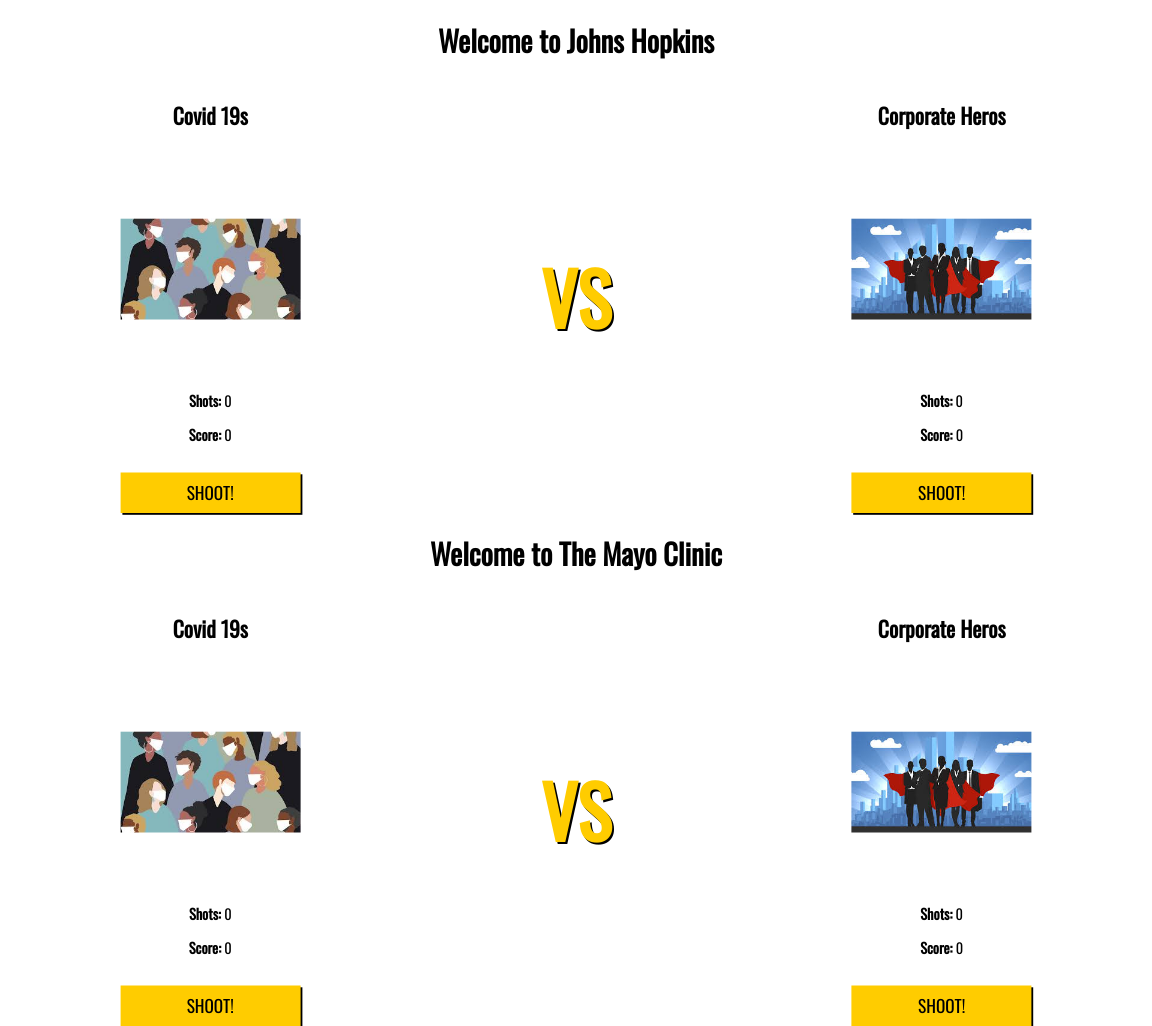
Repository: marcusmerrick/reactSportsGame
Page: index.html
An editor plug-in stored every save of this project. The page is shown before and after a run of saves, followed by the edit.
The browser window is 1280 px wide. The pictures show the whole page, at 90% of full size.
Some web fonts or font styles are not loaded; a fallback is used. Some web libraries are served in a nearby version.

Above is the page before, as saved 2020-07-31 00:18:08.

After the next 2 saves:
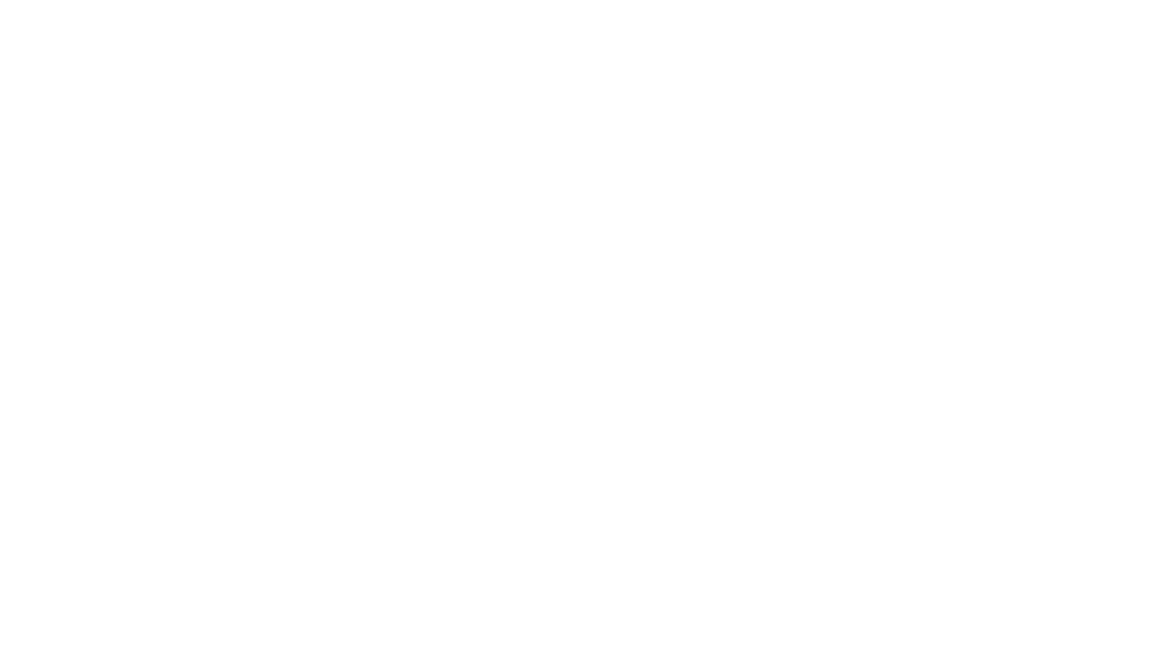
Console error (its wording comes from the project's code and is left out).
The 2 saves are shown as one change because they came seconds apart.
The last was saved 7 s later.
--- a/main.js
+++ b/main.js
@@ -69,7 +69,7 @@
             <h1>Welcome to {props.venue}</h1>
             <div className="stats">
           <Team
-            name="Covid 19s"
+            name={}
             logo="./assets/team1.jpg" />
 
             <div className="versus">

After the 2 saves that followed:
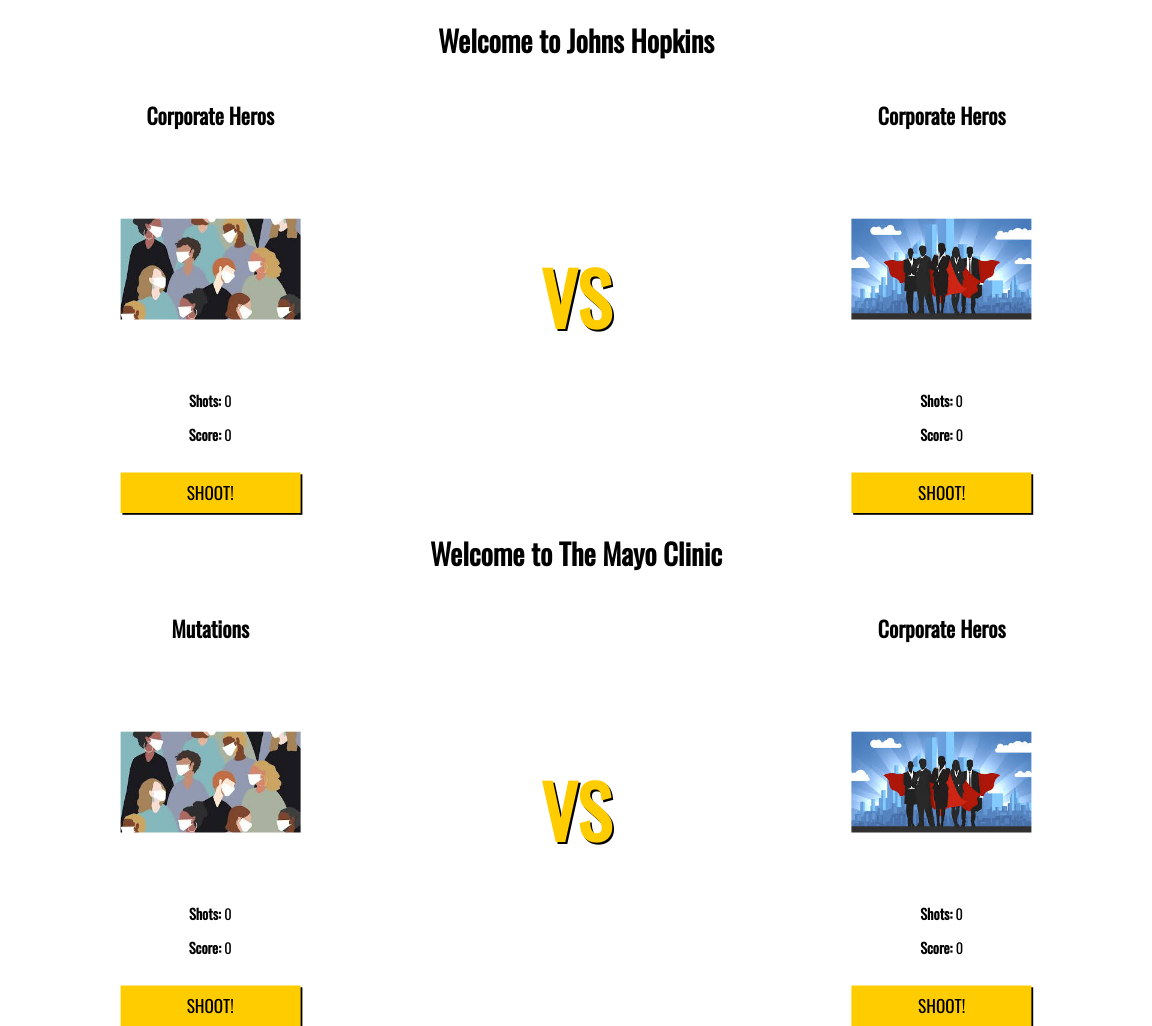
The error is gone.
The 2 saves are shown as one change because they came seconds apart.
The last was saved 7 s later.
--- a/main.js
+++ b/main.js
@@ -69,7 +69,7 @@
             <h1>Welcome to {props.venue}</h1>
             <div className="stats">
           <Team
-            name={}
+            name={props.visitingTeam.name}
             logo="./assets/team1.jpg" />
 
             <div className="versus">
